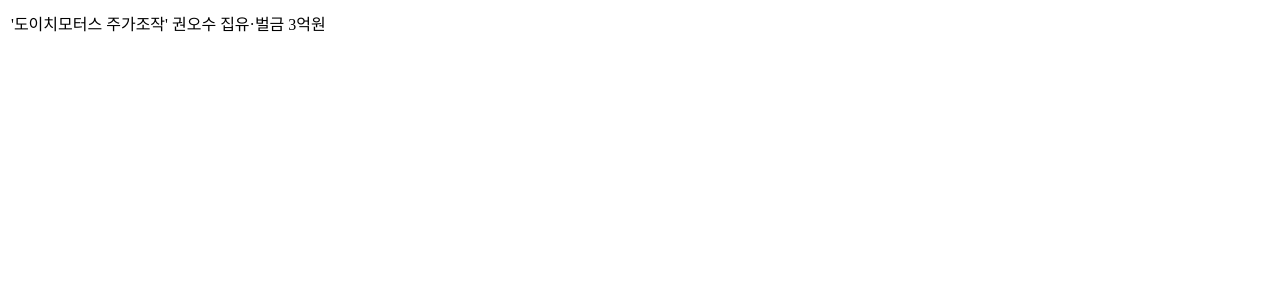
Repository: Kojonghoon/Workspace_java
Page: http://localhost/20221228/ajax/news/newsList.jsp
These files come from the project's save history. The page is drawn as it stood at one moment and after the next save; the edit follows.
The browser window is 1280 px wide. The pictures show the whole page.
The page is served by Tomcat 9.

Above is the page before, as saved 2023-02-10 03:28:56.

After the next save:
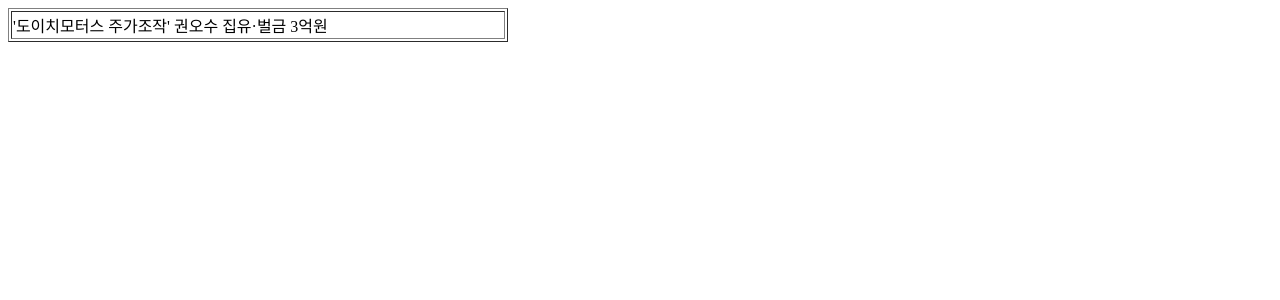
Saved 24 s later.
--- a/20221228/src/main/webapp/ajax/news/newsList.jsp
+++ b/20221228/src/main/webapp/ajax/news/newsList.jsp
@@ -6,7 +6,7 @@
 		StringBuilder sb = new StringBuilder();
 		for(int i=0;i<news.length;i++){
 			if(i==(x-1)){
-		sb.append("<table width='500px' border'1px;>");
+		sb.append("<table width='500px' border='1px'>");
 		sb.append("<tr><td>"+news[i]+"</td></tr>");
 		sb.append("</table>");
 		}//end of if
